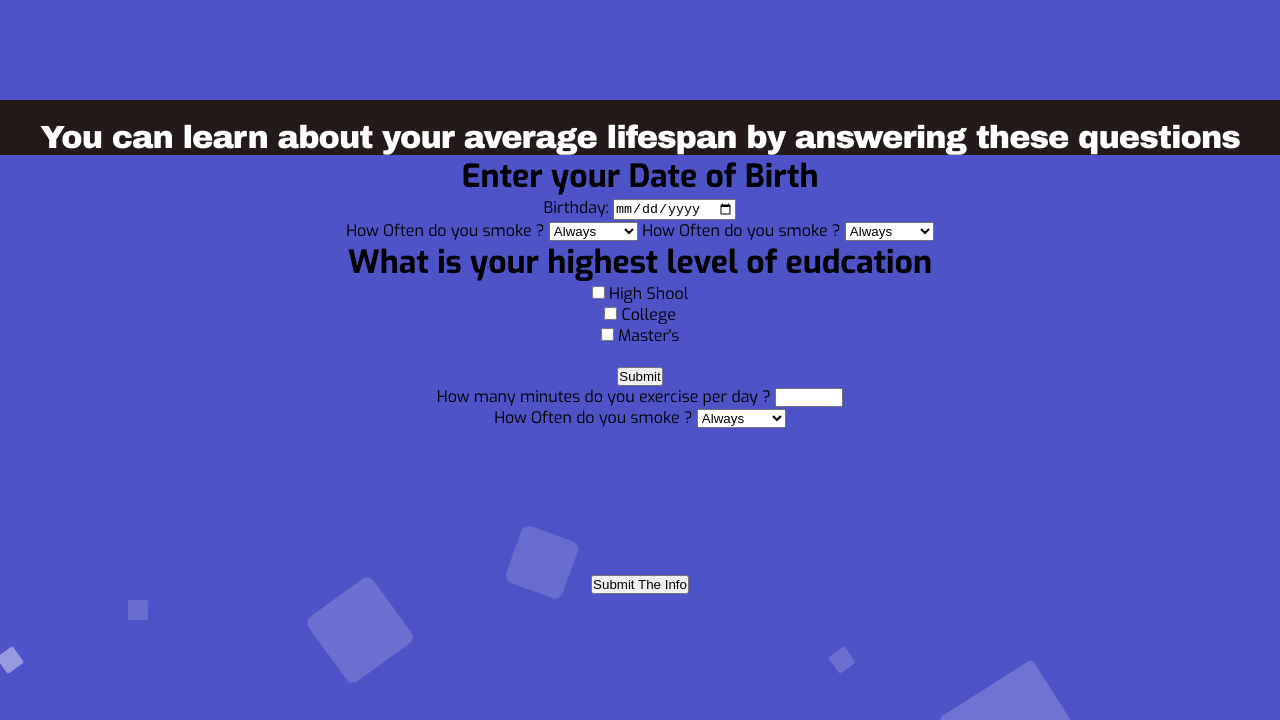
Repository: navid-amini12/capstone-1
Page: wordgame.html
An editor plug-in stored every save of this project. The page is shown before and after the next save, followed by the edit.
The browser window is 1280 px wide. The pictures show the whole page.

Above is the page before, as saved 2022-05-25 20:23:19.

After the next save:
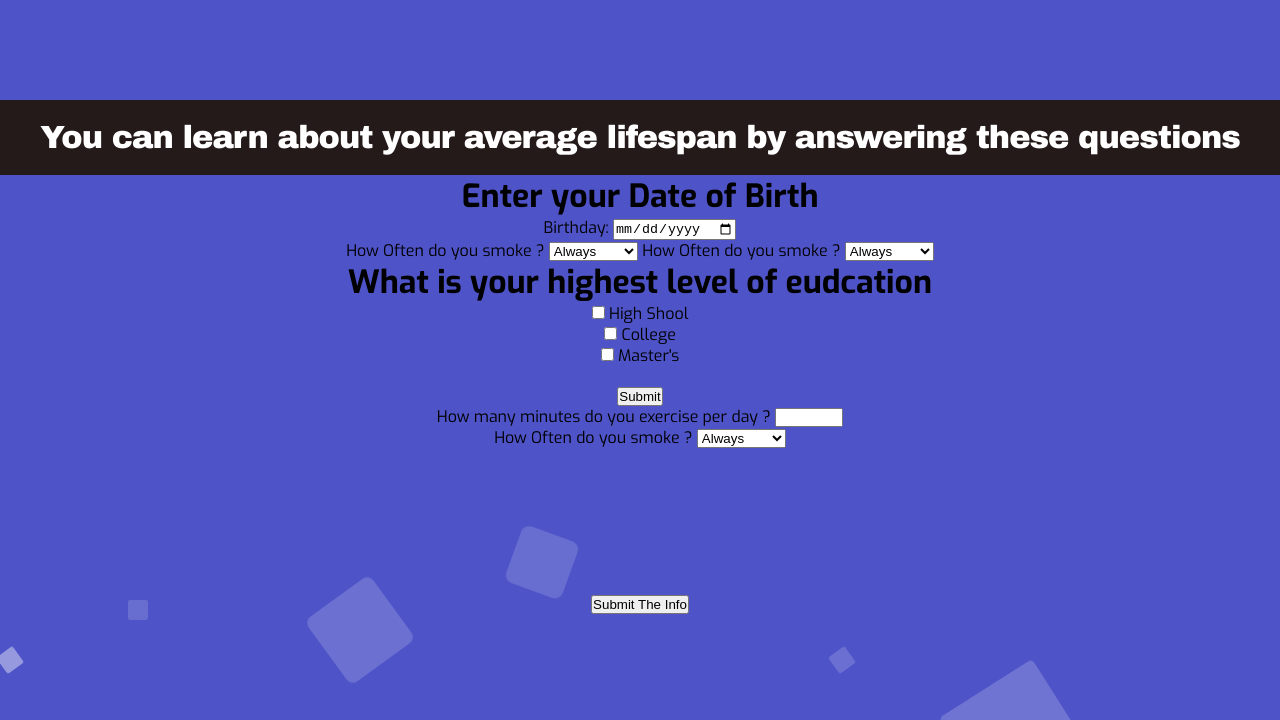
Saved 1 s later.
--- a/Life.css
+++ b/Life.css
@@ -153,7 +153,7 @@ body{
 
 }
 h2{
-    padding-top:  20px;
+    padding:  20px;
     font-family: "Arial Black", sans-serif;
     font-size: 2em;
     letter-spacing: -1px;
